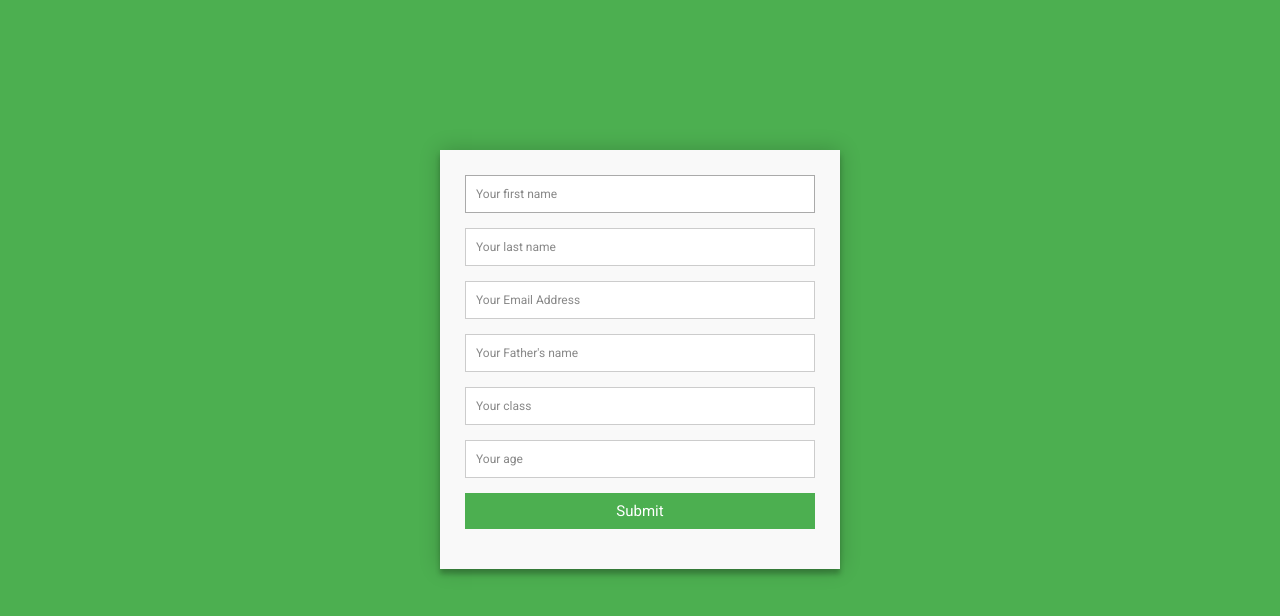
Repository: meta-pranjal-agrawal/software_fundamentals
Page: EAD/ead_assignment2/EADSession3/WebContent/Update.html
These files come from the project's save history. The page is drawn as it stood at one moment and after the next save; the edit follows.
The browser window is 1280 px wide. The pictures show the whole page.

Above is the page before, as saved 2020-02-04 08:04:14.

After the next save:
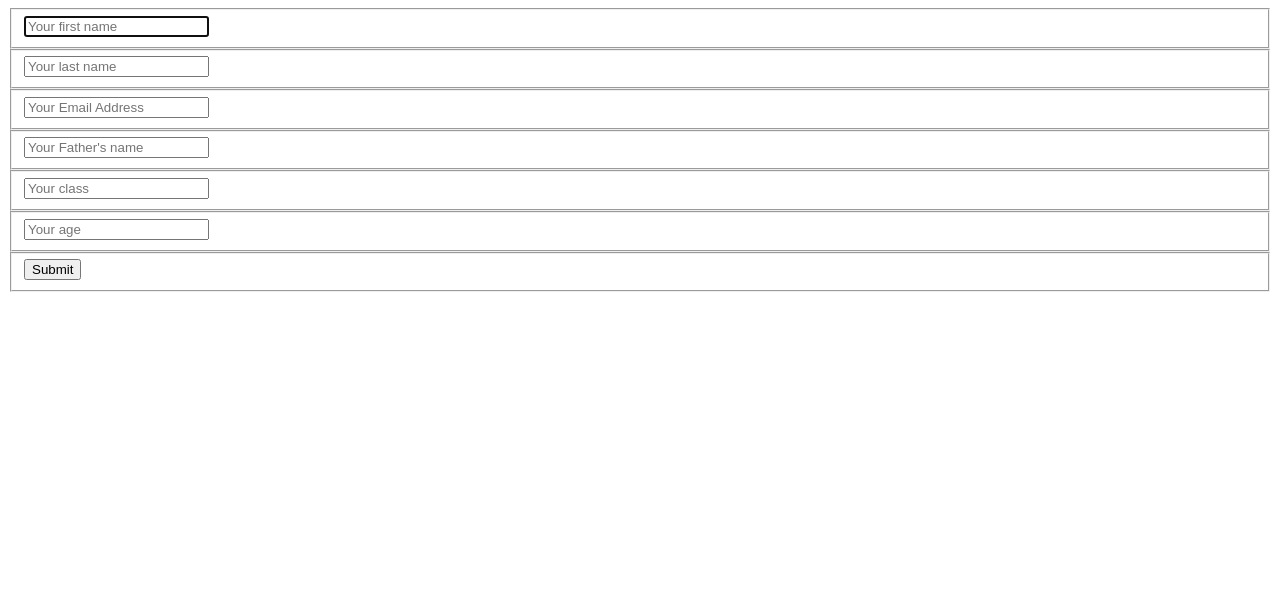
Saved 99 s later.
--- a/EAD/ead_assignment2/EADSession3/WebContent/Update.html
+++ b/EAD/ead_assignment2/EADSession3/WebContent/Update.html
@@ -3,153 +3,7 @@
 <head>
 <meta charset="ISO-8859-1">
 <title>Update</title>
-<style>
 
-@import url(https://fonts.googleapis.com/css?family=Roboto:400,300,600,400italic);
-* {
-  margin: 0;
-  padding: 0;
-  box-sizing: border-box;
-  -webkit-box-sizing: border-box;
-  -moz-box-sizing: border-box;
-  -webkit-font-smoothing: antialiased;
-  -moz-font-smoothing: antialiased;
-  -o-font-smoothing: antialiased;
-  font-smoothing: antialiased;
-  text-rendering: optimizeLegibility;
-}
-
-body {
-  font-family: "Roboto", Helvetica, Arial, sans-serif;
-  font-weight: 100;
-  font-size: 12px;
-  line-height: 30px;
-  color: #777;
-  background: #4CAF50;
-}
-
-.container {
-  max-width: 400px;
-  width: 100%;
-  margin: 0 auto;
-  position: relative;
-}
-
-#contact input[type="text"],
-#contact input[type="email"],
-#contact input[type="tel"],
-#contact input[type="url"],
-#contact textarea,
-#contact button[type="submit"] {
-  font: 400 12px/16px "Roboto", Helvetica, Arial, sans-serif;
-}
-
-#contact {
-  background: #F9F9F9;
-  padding: 25px;
-  margin: 150px 0;
-  box-shadow: 0 0 20px 0 rgba(0, 0, 0, 0.2), 0 5px 5px 0 rgba(0, 0, 0, 0.24);
-}
-
-#contact h3 {
-  display: block;
-  font-size: 30px;
-  font-weight: 300;
-  margin-bottom: 10px;
-}
-
-#contact h4 {
-  margin: 5px 0 15px;
-  display: block;
-  font-size: 13px;
-  font-weight: 400;
-}
-
-fieldset {
-  border: medium none !important;
-  margin: 0 0 10px;
-  min-width: 100%;
-  padding: 0;
-  width: 100%;
-}
-
-#contact input[type="text"],
-#contact input[type="email"],
-#contact input[type="tel"],
-#contact input[type="url"],
-#contact textarea {
-  width: 100%;
-  border: 1px solid #ccc;
-  background: #FFF;
-  margin: 0 0 5px;
-  padding: 10px;
-}
-
-#contact input[type="text"]:hover,
-#contact input[type="email"]:hover,
-#contact input[type="tel"]:hover,
-#contact input[type="url"]:hover,
-#contact textarea:hover {
-  -webkit-transition: border-color 0.3s ease-in-out;
-  -moz-transition: border-color 0.3s ease-in-out;
-  transition: border-color 0.3s ease-in-out;
-  border: 1px solid #aaa;
-}
-
-#contact textarea {
-  height: 100px;
-  max-width: 100%;
-  resize: none;
-}
-
-#contact button[type="submit"] {
-  cursor: pointer;
-  width: 100%;
-  border: none;
-  background: #4CAF50;
-  color: #FFF;
-  margin: 0 0 5px;
-  padding: 10px;
-  font-size: 15px;
-}
-
-#contact button[type="submit"]:hover {
-  background: #43A047;
-  -webkit-transition: background 0.3s ease-in-out;
-  -moz-transition: background 0.3s ease-in-out;
-  transition: background-color 0.3s ease-in-out;
-}
-
-#contact button[type="submit"]:active {
-  box-shadow: inset 0 1px 3px rgba(0, 0, 0, 0.5);
-}
-
-.copyright {
-  text-align: center;
-}
-
-#contact input:focus,
-#contact textarea:focus {
-  outline: 0;
-  border: 1px solid #aaa;
-}
-
-::-webkit-input-placeholder {
-  color: #888;
-}
-
-:-moz-placeholder {
-  color: #888;
-}
-
-::-moz-placeholder {
-  color: #888;
-}
-
-:-ms-input-placeholder {
-  color: #888;
-}
-</style>
 </head>
 <body>
 <div class="container">
